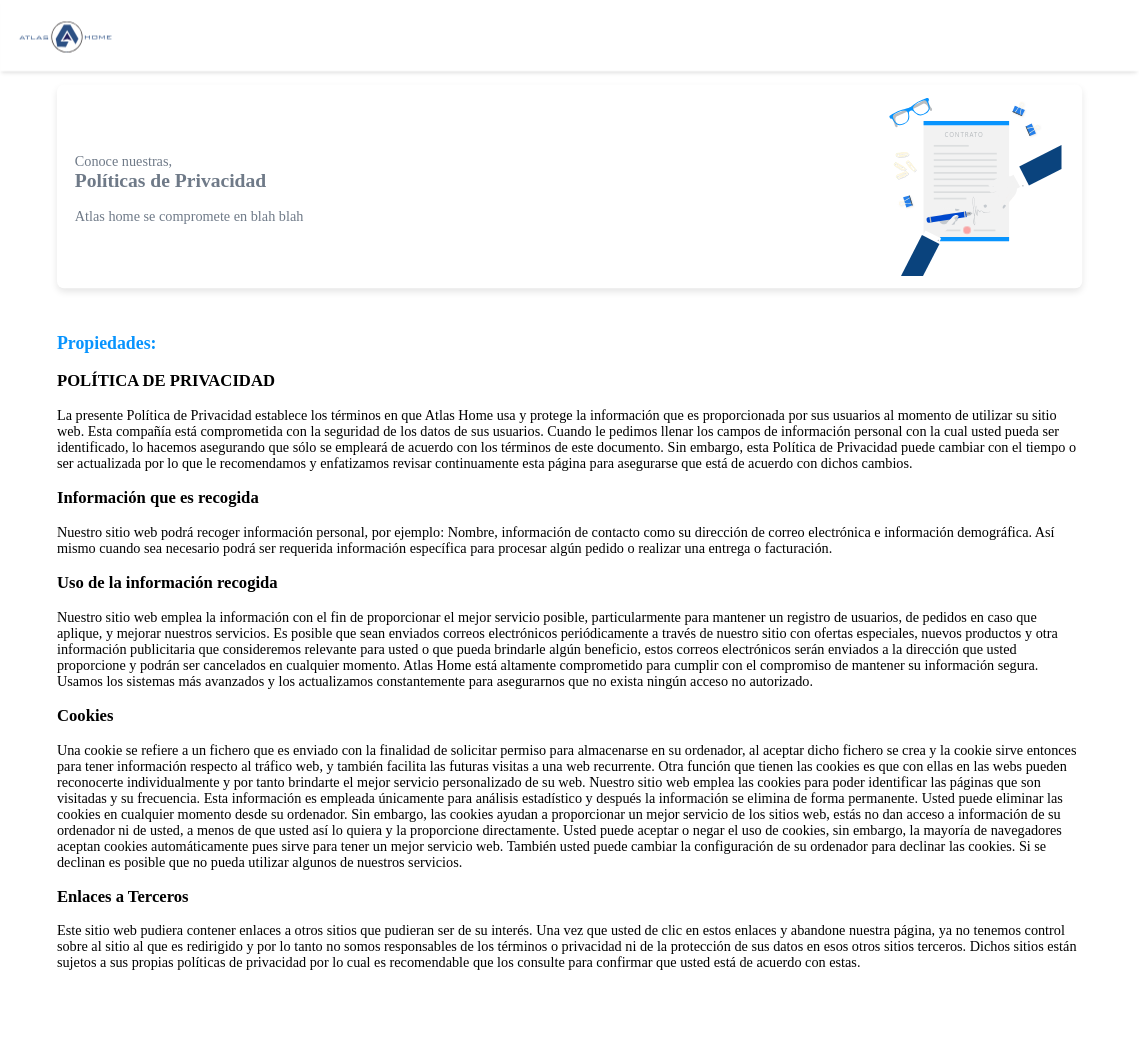
Repository: FabioMadrid/atlas_code
Page: politicas_privacidad.html
These files come from the project's save history. The page is drawn as it stood at one moment and after the next save; the edit follows.
The browser window is 1280 px wide. The pictures show the whole page, at 89% of full size.
Some web fonts or font styles are not loaded; a fallback is used. Some web libraries are served in a nearby version.

Above is the page before, as saved 2021-01-13 10:46:03.
Console error: TypeError: Cannot read properties of null (reading 'click')

After the next save:
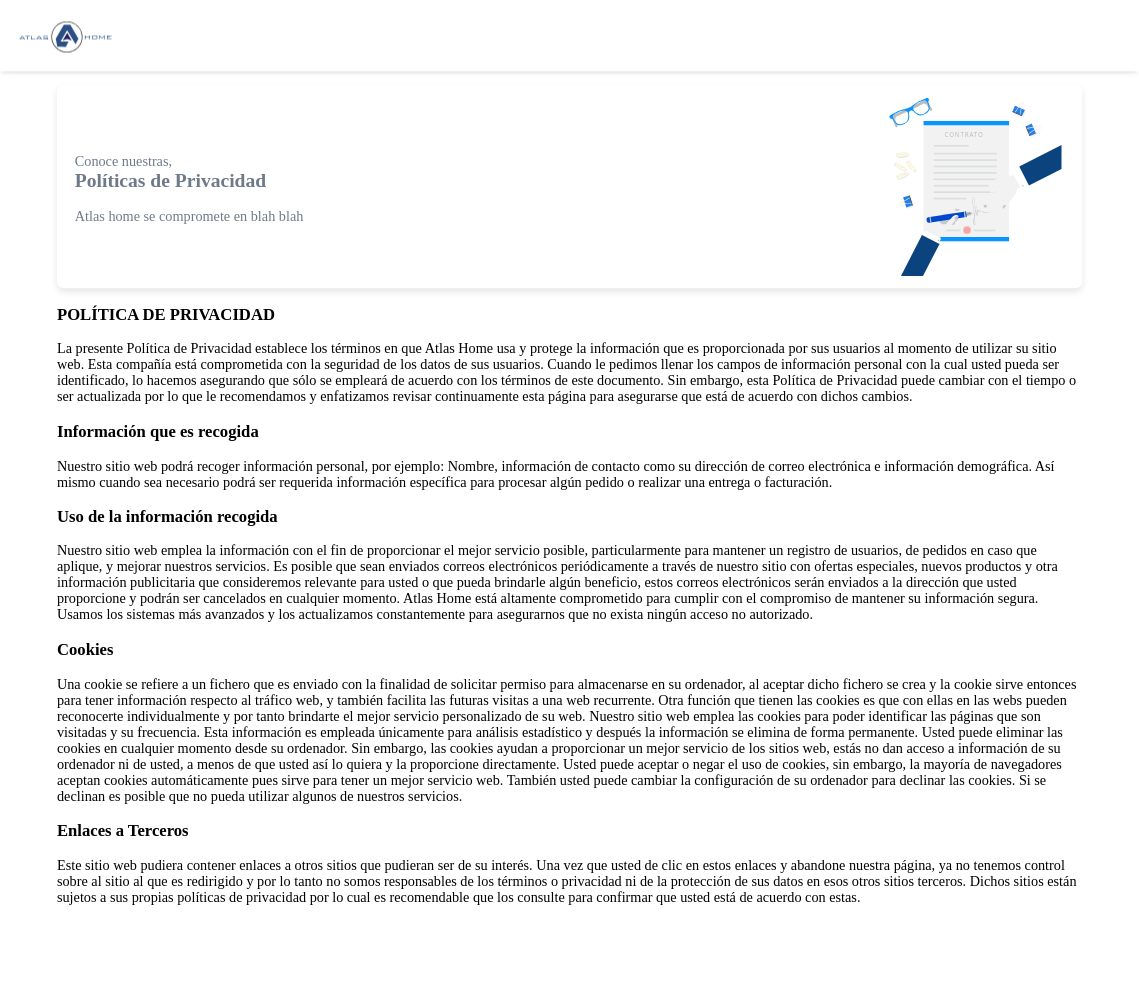
Saved 9 s later.
--- a/politicas_privacidad.html
+++ b/politicas_privacidad.html
@@ -46,8 +46,6 @@
     </div>
 
 
-    <p class="title text-align" style="font-size: 20px;margin-left: 5%;">Propiedades:</p>
-
     <section style="margin: 0 5% 100px">
 
         <h3> POLÍTICA DE PRIVACIDAD</h3>
